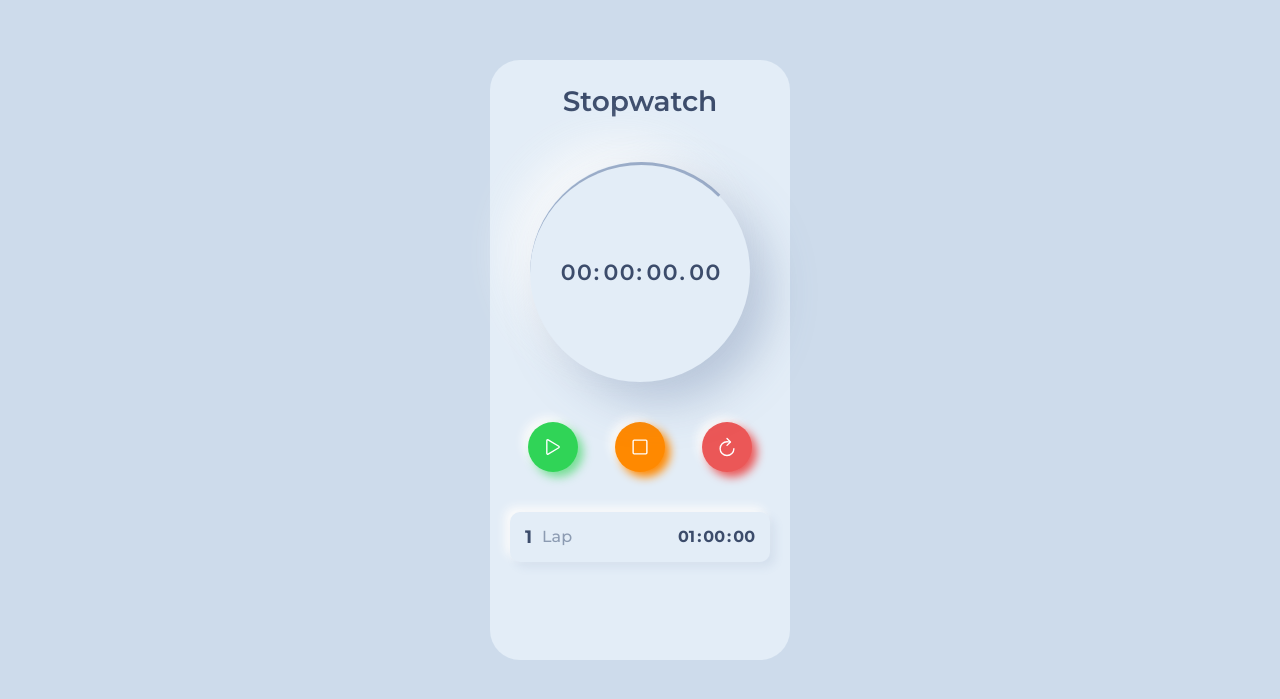
Repository: dinhtri123/stopwatch
Page: index.html
These files come from the project's save history. The page is drawn as it stood at one moment and after the next save; the edit follows.
The browser window is 1280 px wide. The pictures show the whole page.

Above is the page before, as saved 2023-01-05 09:52:05.

### index.html
<!DOCTYPE html>
<html lang="en">
  <head>
    <meta charset="UTF-8" />
    <meta http-equiv="X-UA-Compatible" content="IE=edge" />
    <meta name="viewport" content="width=device-width, initial-scale=1.0" />
    <script
      type="module"
      src="https://unpkg.com/ionicons@5.5.2/dist/ionicons/ionicons.esm.js"
    ></script>
    <script
      nomodule
      src="https://unpkg.com/ionicons@5.5.2/dist/ionicons/ionicons.js"
    ></script>
    <title>Stop Watch</title>
    <link rel="stylesheet" href="style.css" />
  </head>
  <body>
    <div class="wrapper">
      <h3>Stopwatch</h3>
      <div class="timer">
        <p class="hours">00</p>
        <span>:</span>
        <p class="minutes">00</p>
        <span>:</span>
        <p class="seconds">00</p>
        <span>.</span>
        <p class="milis">00</p>
      </div>
      <div class="btn">
        <button class="btn-start">
          <ion-icon name="play-outline"></ion-icon>
        </button>
        <button class="btn-stop" disabled>
          <ion-icon name="stop-outline"></ion-icon>
        </button>
        <button class="btn-reset">
          <ion-icon name="refresh-outline"></ion-icon>
        </button>
      </div>
      <div class="history">
        <div class="lap">
          <div class="number-lap">
            <p>1</p>
            <span>Lap</span>
          </div>
          <div class="timer-lap">
            <p>01</p>
            <span>:</span>
            <p>00</p>
            <span>:</span>
            <p>00</p>
          </div>
        </div>
      </div>
    </div>
  </body>
  <script src="index.js"></script>
</html>

### style.css
@import url("https://fonts.googleapis.com/css2?family=Montserrat:wght@400;500;600;700&display=swap");
* {
  margin: 0;
  padding: 0;
  box-sizing: border-box;
  font-family: "Montserrat", sans-serif;
}
body {
  width: 100%;
  min-height: 100vh;
  height: 100%;
  font-size: 16px;
  line-height: 1.5;
  font-weight: 400;
  background-color: #cddbeb;
  display: flex;
  justify-content: center;
  align-items: center;
}
.wrapper {
  width: 300px;
  height: 600px;
  border-radius: 30px;
  background: #e3edf7;
  padding: 20px;
  display: flex;
  flex-direction: column;
  justify-content: flex-start;
  align-items: center;
  gap: 40px;
}
h3 {
  font-size: 28px;
  color: #3c4c6b;
  text-align: center;
  font-weight: 600;
}
.timer {
  background-color: #e3edf7;
  width: 220px;
  height: 220px;
  border-radius: 50%;
  display: flex;
  justify-content: center;
  align-items: center;
  gap: 3px;
  box-shadow: 20px 20px 45px #6a80a85d, -20px -20px 45px #fbfbfbd9;
  font-size: 22px;
  font-weight: 600;
  color: #3c4c6b;
  letter-spacing: 1.5px;
  position: relative;
}
.timer > p {
  width: 30px;
}
.timer::before {
  content: "";
  position: absolute;
  inset: 0;
  width: 220px;
  height: 220px;
  border-radius: 50%;
  border-top: 3px solid #6a80a899;
  border-right: 3px solid transparent;
  animation: during 1s linear infinite;
}
@keyframes during {
  to {
    transform: rotate(360deg);
  }
}

.btn {
  width: 100%;
  display: flex;
  justify-content: space-around;
}
button {
  background-color: #e3edf7;
  border: none;
  outline: none;
  border-radius: 50%;
  width: 50px;
  height: 50px;
  font-weight: 700;
  color: #3c4c6b;

  cursor: pointer;
  font-size: 22px;
  display: flex;
  justify-content: center;
  align-items: center;
  color: white;
}
.btn-start {
  background: #30d457;
  box-shadow: 5px 5px 10px #30d4569d, -5px -5px 10px #fbfbfb;
  /* box-shadow: 0px 0px 30px #30d456fd; */
}
.btn-stop {
  background: #ff8900;
  box-shadow: 5px 5px 10px #ff8900, -5px -5px 10px #fbfbfb;

  /* box-shadow: 0px 0px 30px #ff8900; */
  user-select: none;
  cursor: not-allowed;
}
.btn-reset {
  background-color: #eb5757;
  box-shadow: 5px 5px 10px #eb5757, -5px -5px 10px #fbfbfb;

  /* box-shadow: 0px 0px 30px #eb5757; */


}

.history {
  width: 100%;
  display: flex;
  flex-direction: column;
  gap: 20px;
}
.lap {
  width: 100%;
  height: 50px;
  background-color: #e3edf7;
  border-radius: 10px;
  box-shadow: 5px 5px 10px #6a80a81e, -5px -5px 10px #fbfbfb;
  display: flex;
  justify-content: space-between;
  align-items: center;
  padding: 10px 15px;
}
.number-lap {
  display: flex;
  align-items: center;
  gap: 10px;
}
.number-lap > p {
  font-size: 18px;
  font-weight: 700;
  color: #3c4c6b;
}
.number-lap > span {
  font-weight: 500;
  color: #8c9bb2;
}
.timer-lap {
  display: flex;
  gap: 2px;
  color: #3c4c6b;
  font-weight: 700;
  letter-spacing: 1.5;
}

### index.js
const btnStart = document.querySelector(".btn-start");
const seconds = document.querySelector(".seconds");
const minutes = document.querySelector(".minutes");
const hours = document.querySelector(".hours");
const miliseconds = document.querySelector(".milis");

btnStart.addEventListener("click", function () {
  let milis = 0;
  let sec = 0;
  let min = 0;
  let hrs = 0;
  let interval = setInterval(() => {
    milis++;
    let timerMilis = milis < 10 ? "0" + milis : milis;
    miliseconds.textContent = timerMilis > 99 ? (milis = "0" + 0) : timerMilis;
    if (timerMilis === 100) {
      sec++;
      let timer = sec < 10 ? "0" + sec : sec;
      seconds.textContent = timer > 59 ? (sec = "0" + 0) : timer;
      if (timer === 60) {
        min++;
        let timerMin = min < 10 ? "0" + min : min;
        if (min === 60) {
          hrs++;
          hours.textContent = hrs < 10 ? "0" + hrs : hrs;
        }
        minutes.textContent = timerMin > 59 ? (min = "0" + 0) : timerMin;
      }
    }
  }, 10);

  // change text btn
  btnStart.textContent = "Pause";
  if (btnStart.textContent === "Pause") {
    clearInterval(interval);

  }
});

After the next save:
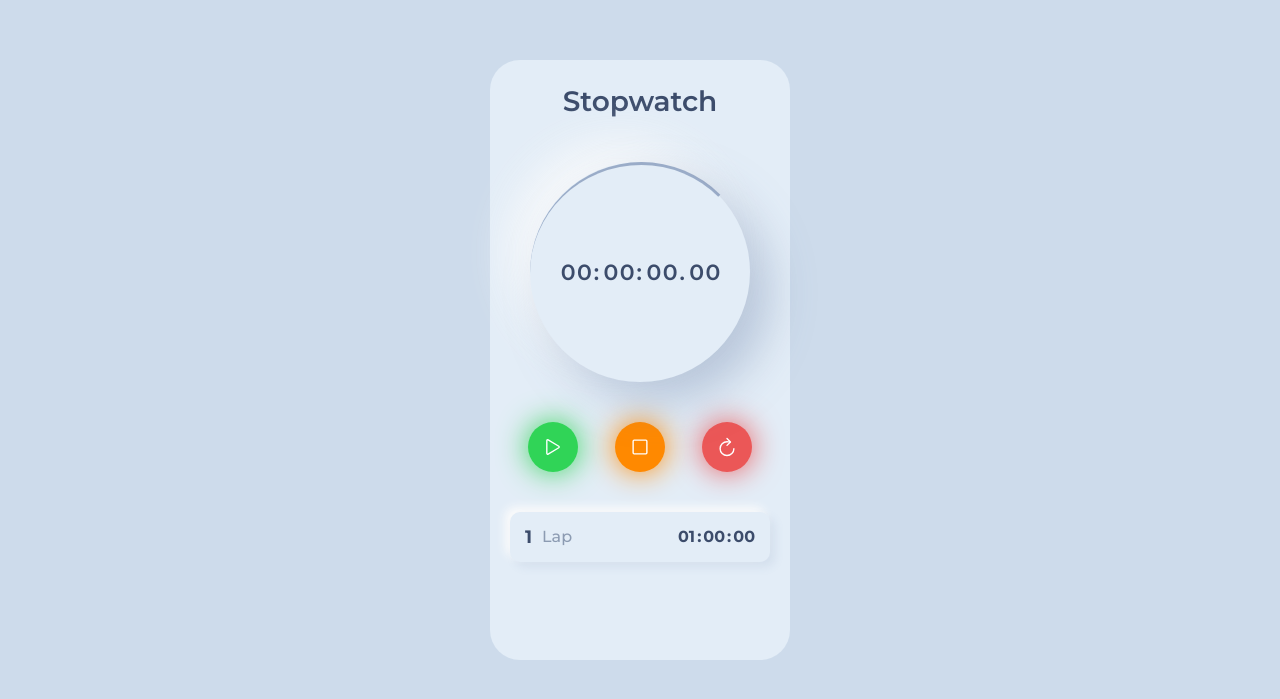
Saved 23 s later.
--- a/style.css
+++ b/style.css
@@ -95,22 +95,22 @@ button {
 }
 .btn-start {
   background: #30d457;
-  box-shadow: 5px 5px 10px #30d4569d, -5px -5px 10px #fbfbfb;
-  /* box-shadow: 0px 0px 30px #30d456fd; */
+  /* box-shadow: 5px 5px 10px #30d4569d, -5px -5px 10px #fbfbfb; */
+  box-shadow: 0px 0px 30px #30d456fd;
 }
 .btn-stop {
   background: #ff8900;
-  box-shadow: 5px 5px 10px #ff8900, -5px -5px 10px #fbfbfb;
+  /* box-shadow: 5px 5px 10px #ff8900, -5px -5px 10px #fbfbfb; */
 
-  /* box-shadow: 0px 0px 30px #ff8900; */
+  box-shadow: 0px 0px 30px #ff8900;
   user-select: none;
   cursor: not-allowed;
 }
 .btn-reset {
   background-color: #eb5757;
-  box-shadow: 5px 5px 10px #eb5757, -5px -5px 10px #fbfbfb;
+  /* box-shadow: 5px 5px 10px #eb5757, -5px -5px 10px #fbfbfb; */
 
-  /* box-shadow: 0px 0px 30px #eb5757; */
+  box-shadow: 0px 0px 30px #eb5757;
 
 
 }
